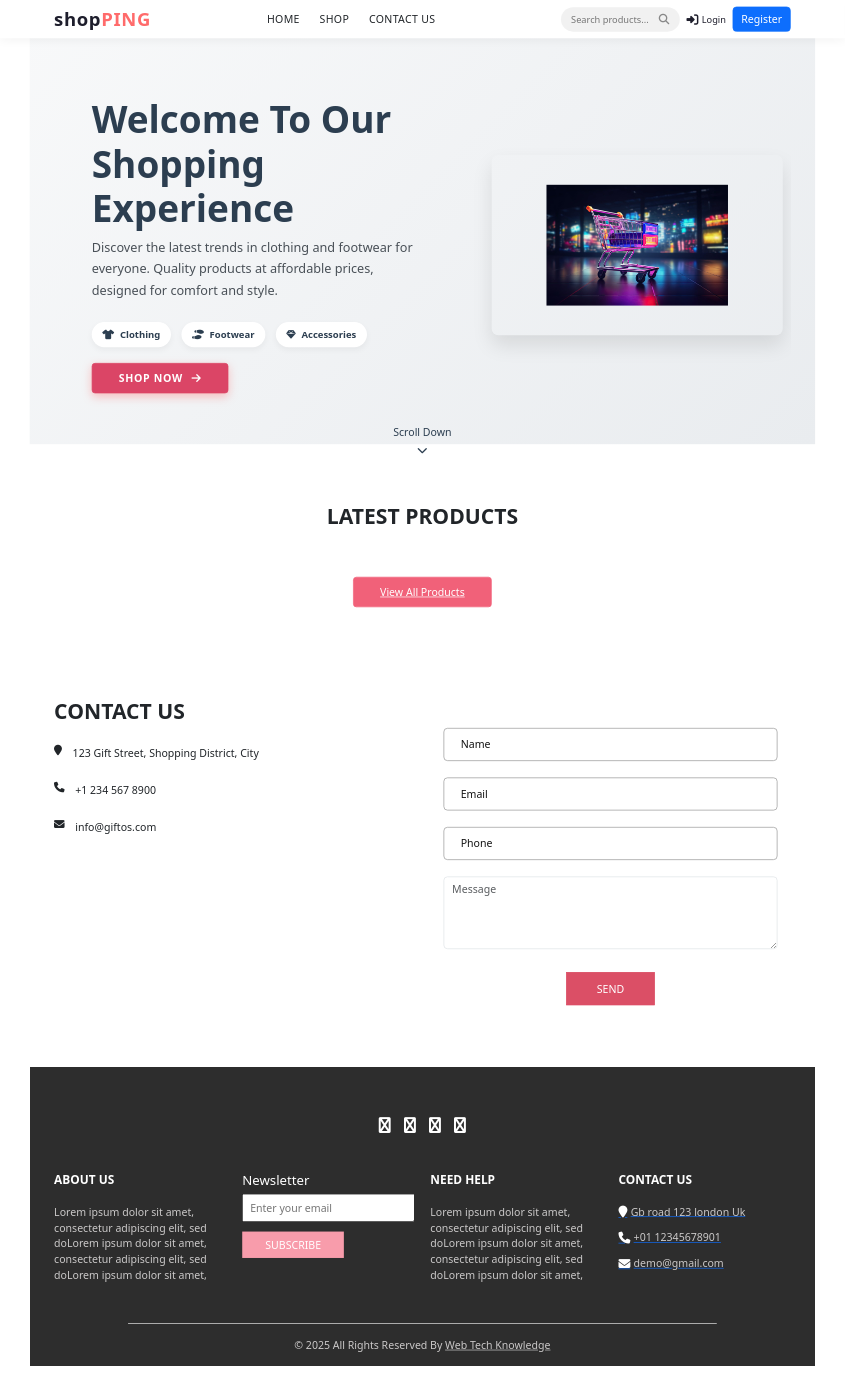
Repository: hahuuchinh2501/ecommerce_project
Page: http://localhost/
The author's editor kept a copy of each file at every save. The page is drawn from the files as they stood at one save, then again after the next save.
The browser window is 1280 px wide. The pictures show the whole page, at 66% of full size.
The page is served by the project's Laravel application, run on PHP 8.4 with Laravel 12. Queries for data that is not in the repository find no rows.

Above is the page before, as saved 2025-04-09 16:00:00.

After the next save:
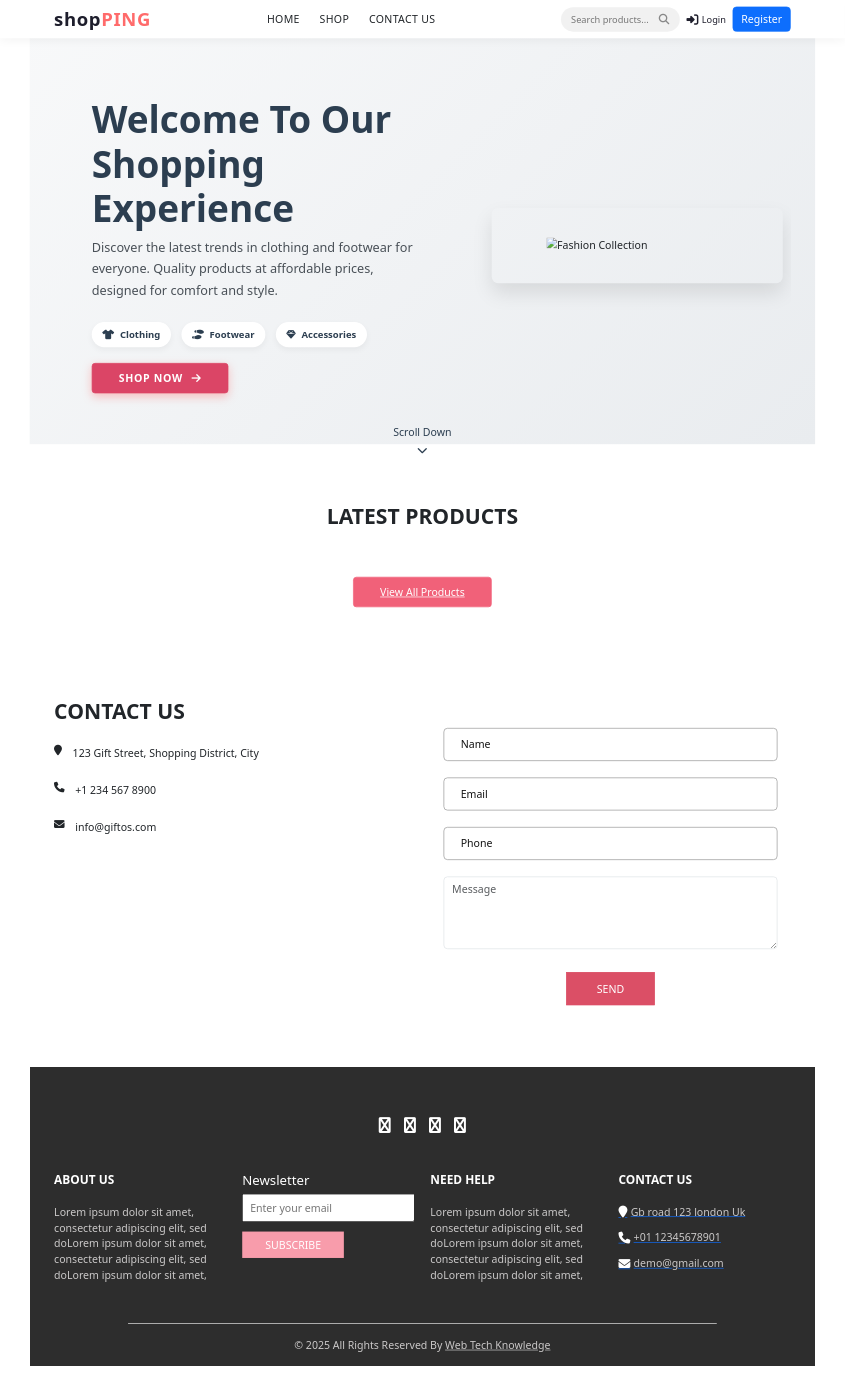
Saved 56 s later.
--- a/resources/views/home/slider.blade.php
+++ b/resources/views/home/slider.blade.php
@@ -202,7 +202,7 @@
                 </div>
                 <div class="col-lg-5 col-md-12">
                   <div class="img-box">
-                    <img src="/images/image3.jpeg" alt="Fashion Collection" />
+                    <img src="/images/img_bg.jpg" alt="Fashion Collection" />
                   </div>
                 </div>
               </div>
